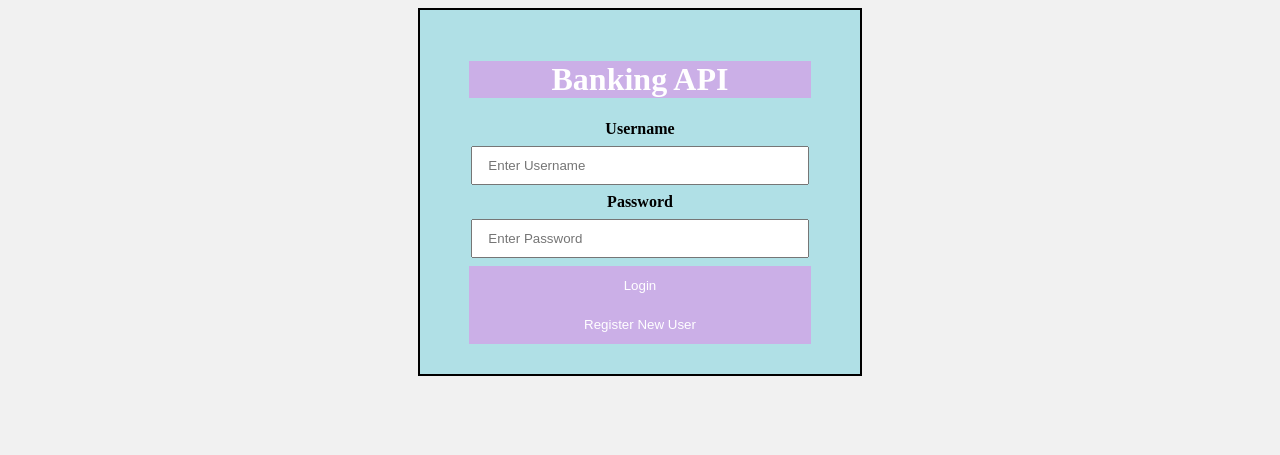
Repository: kennyufish/Revature_ROCP1_Project_Banking_API
Page: banking_api/src/main/webapp/index.html
These files come from the project's save history. The page is drawn as it stood at one moment and after the next save; the edit follows.
The browser window is 1280 px wide. The pictures show the whole page.

Above is the page before, as saved 2020-10-10 04:49:30.

After the next save:
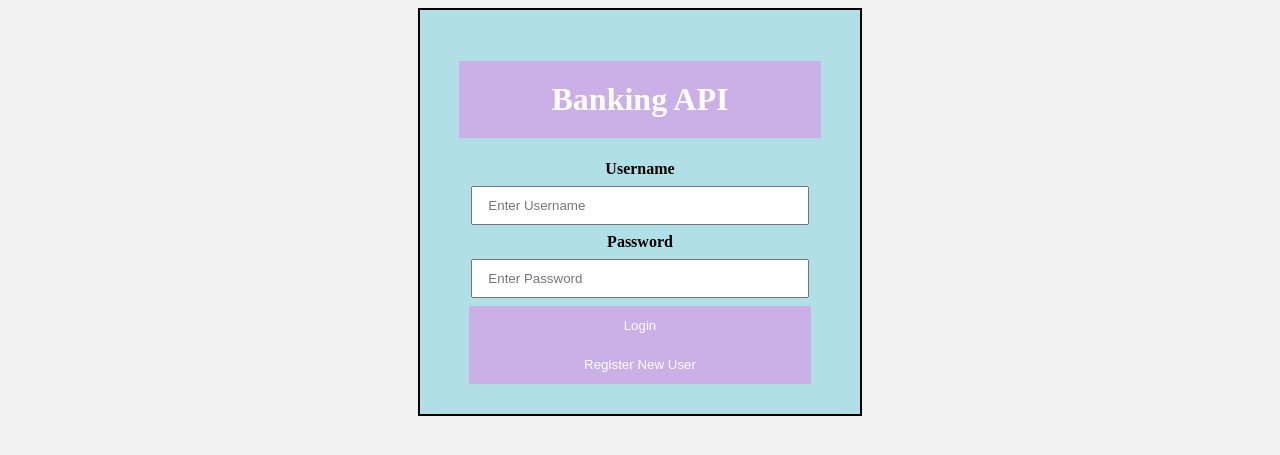
Saved 12 s later.
--- a/banking_api/src/main/webapp/index.html
+++ b/banking_api/src/main/webapp/index.html
@@ -40,6 +40,7 @@ button{
 .loginHeader{
 	background-color:#CBAFE7;
 	color:white;
+	padding: 20px 10px;
 	border:none;
 	width:90%;
 	height:100%;
